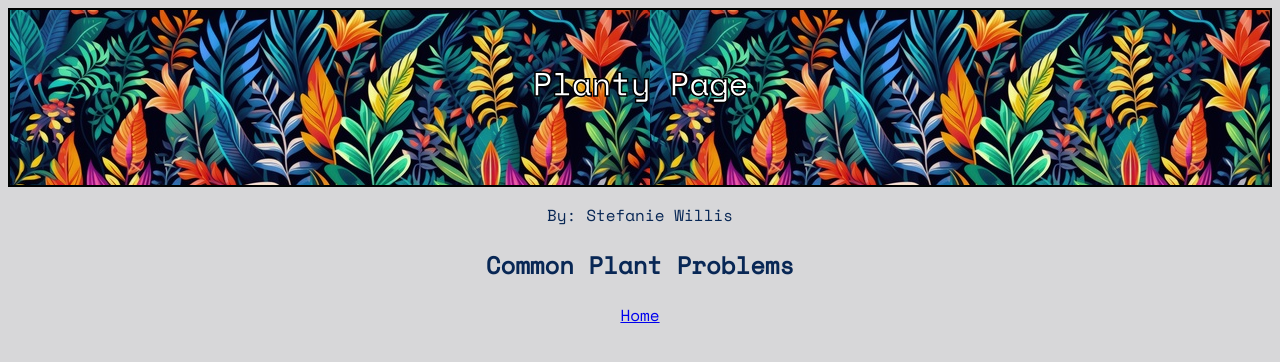
Repository: swillis91/odin-recipies
Page: Planty Page/problems.html
The author's editor kept a copy of each file at every save. The page is drawn from the files as they stood at one save, then again after the next save.
The browser window is 1280 px wide. The pictures show the whole page.

Above is the page before, as saved 2023-08-14 23:18:50.

After the next save:
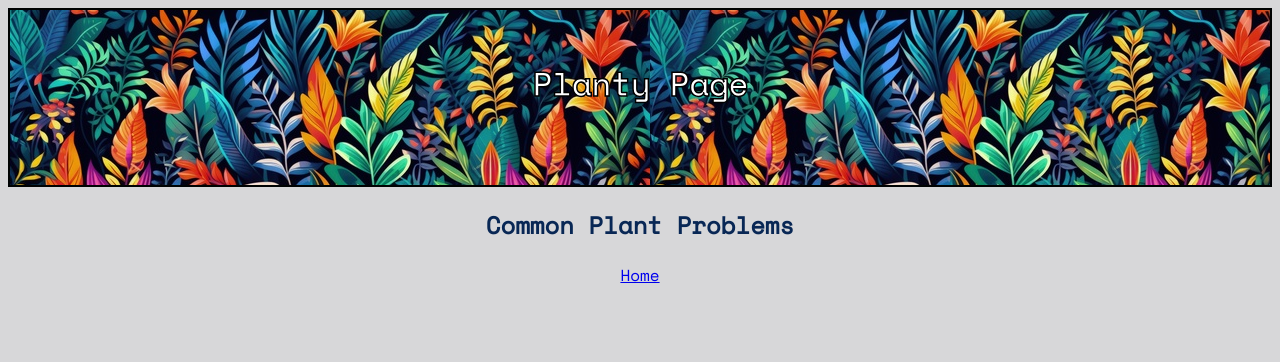
Saved 11 s later.
--- a/Planty Page/problems.html
+++ b/Planty Page/problems.html
@@ -9,7 +9,6 @@
         </head>
         <body>
             <h1 class="heading">Planty Page</h1>
-                <p>By: Stefanie Willis</p>
             <h2>Common Plant Problems</h2>
             <div class="navigation">
                 <a href="./index.html">Home</a>
